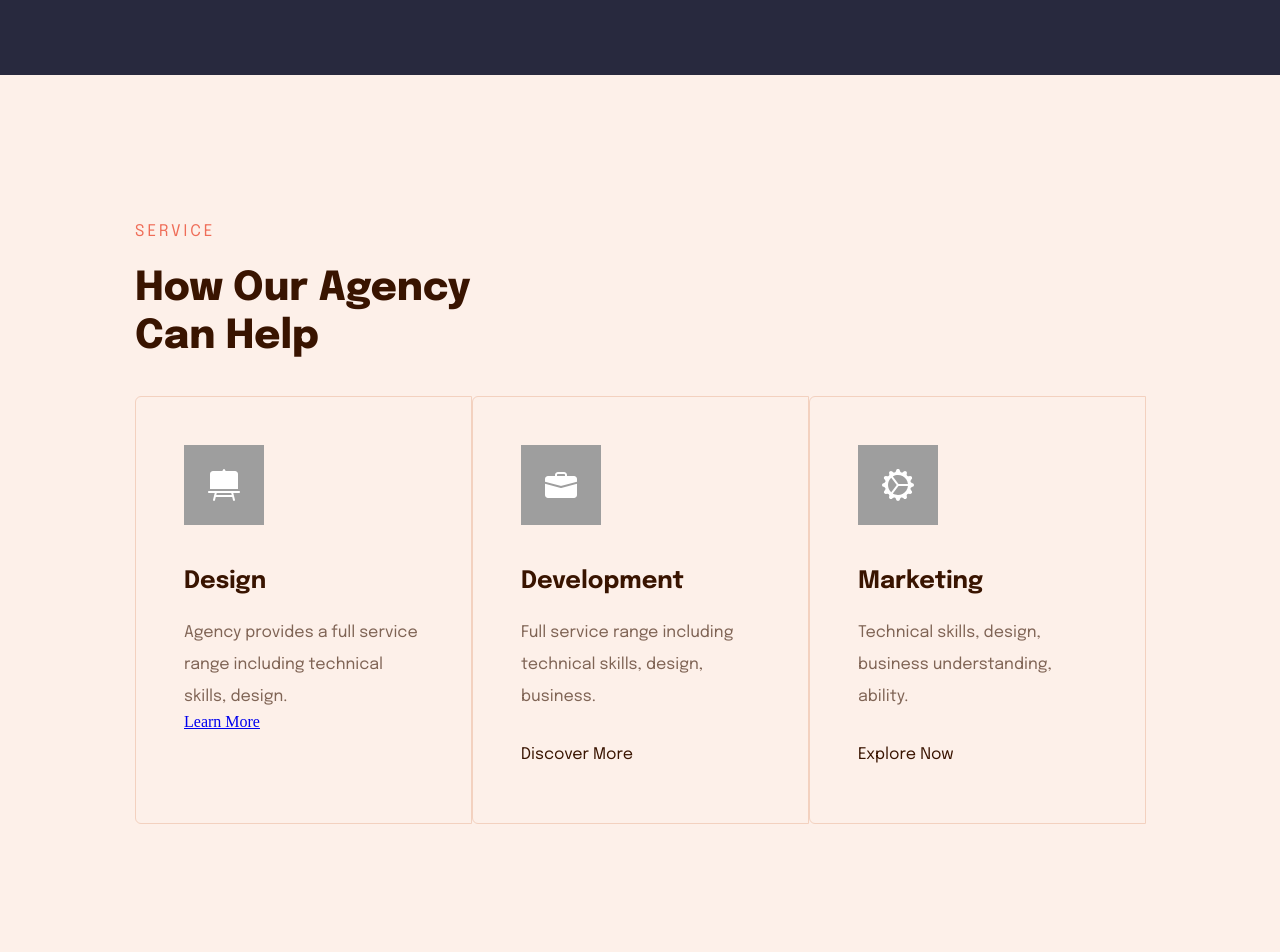
Repository: NatiqSamiyev/image-task
Page: index.html
An editor plug-in stored every save of this project. The page is shown before and after a run of saves, followed by the edit.
The browser window is 1280 px wide. The pictures show the part of the page from y = 1362 to 2314 px (the page is 2314 px tall).
Pictures or frames that could not be fetched are drawn as grey boxes.

Above is the page before, as saved 2023-08-23 15:10:57.

After the next 5 saves:
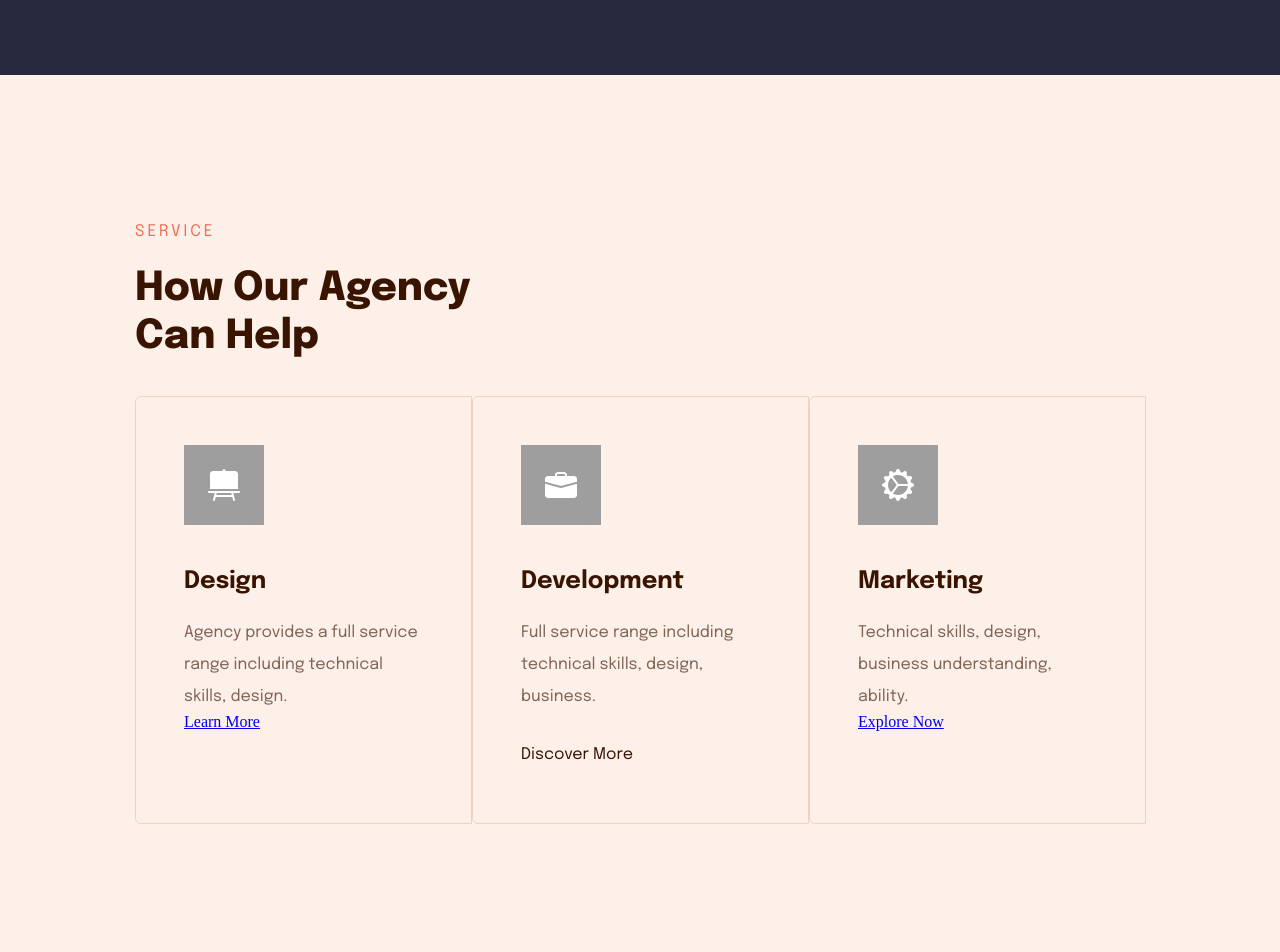
The 5 saves are shown as one change because they came seconds apart.
The last was saved 12 s later.
--- a/index.html
+++ b/index.html
@@ -126,8 +126,8 @@
 
             <h3>Marketing</h3>
             <p>Technical skills, design, business understanding, ability.</p>
-          <a href=""></a>
-            <h4>Explore Now</h4>
+          <a href="#">Explore Now</a>
+
           </li>
         </ul>
       </div>
